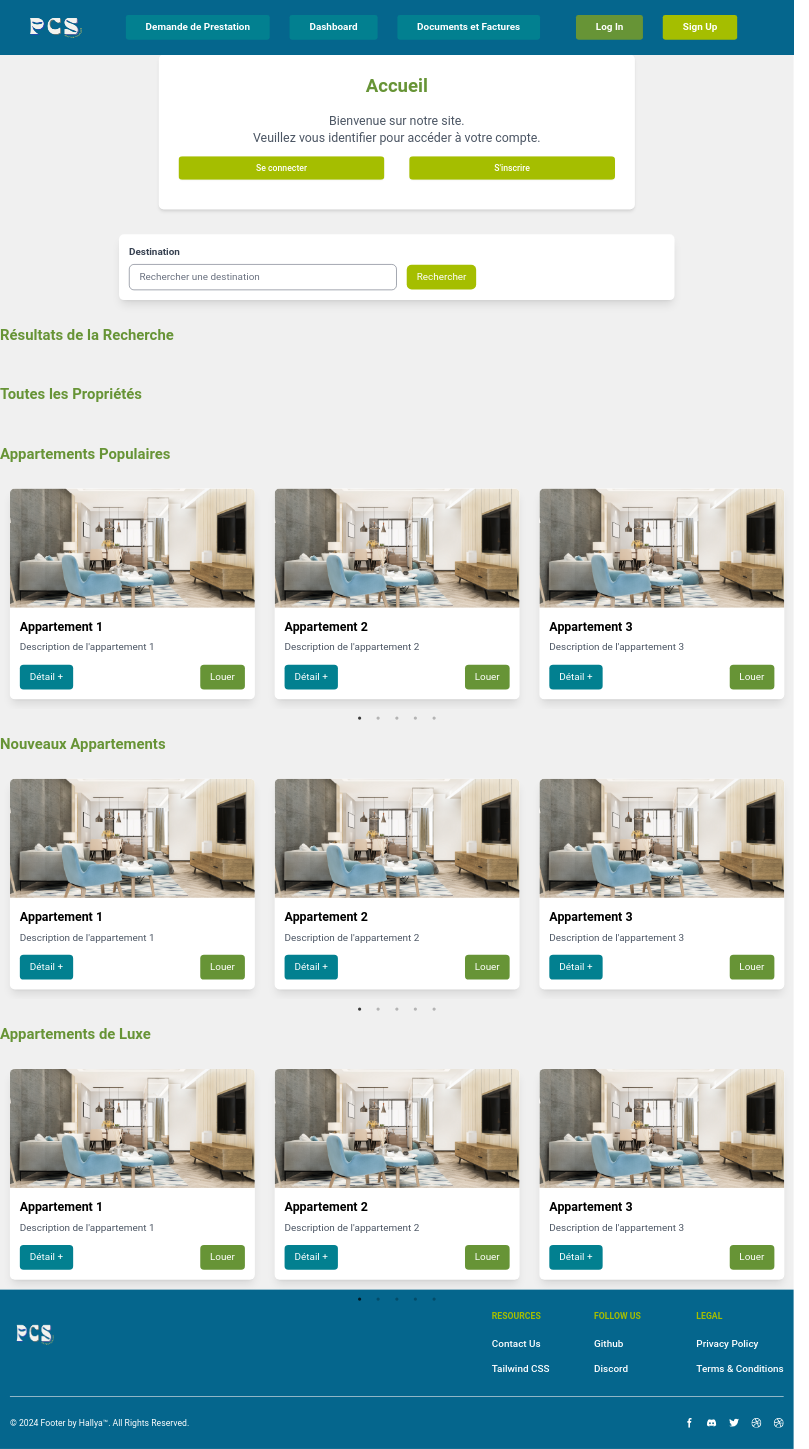
Repository: HATTOUNGBRE/ProjetAnnuel2
Page: /logout (app in FRONT/)
An editor plug-in stored every save of this project. The page is shown before and after the next save, followed by the edit.
The browser window is 1280 px wide. The page is 1305 px wide, so the pictures cover 1305 px, including what lies to the right of the window. The pictures show the whole page, at 62% of full size.
The page's requests for data from a server got no answer. The project was rebuilt for these pictures with package versions that can differ from the ones it lists, and the page was loaded fresh each time. No one was signed in, and anything a server would have sent is missing. Also part of the build but not shown: FRONT/vite.config.js, FRONT/src/components/Contact.jsx, FRONT/src/components/CatUser.jsx, FRONT/src/components/Login.jsx, FRONT/src/components/prestataire/PrestataireType.jsx, FRONT/src/components/prestataire/PrestataireDetails.jsx, FRONT/src/components/Account.jsx, FRONT/src/components/Inscription.jsx and 13 more.

Above is the page before, as saved 2024-06-29 13:46:00.

After the next save:
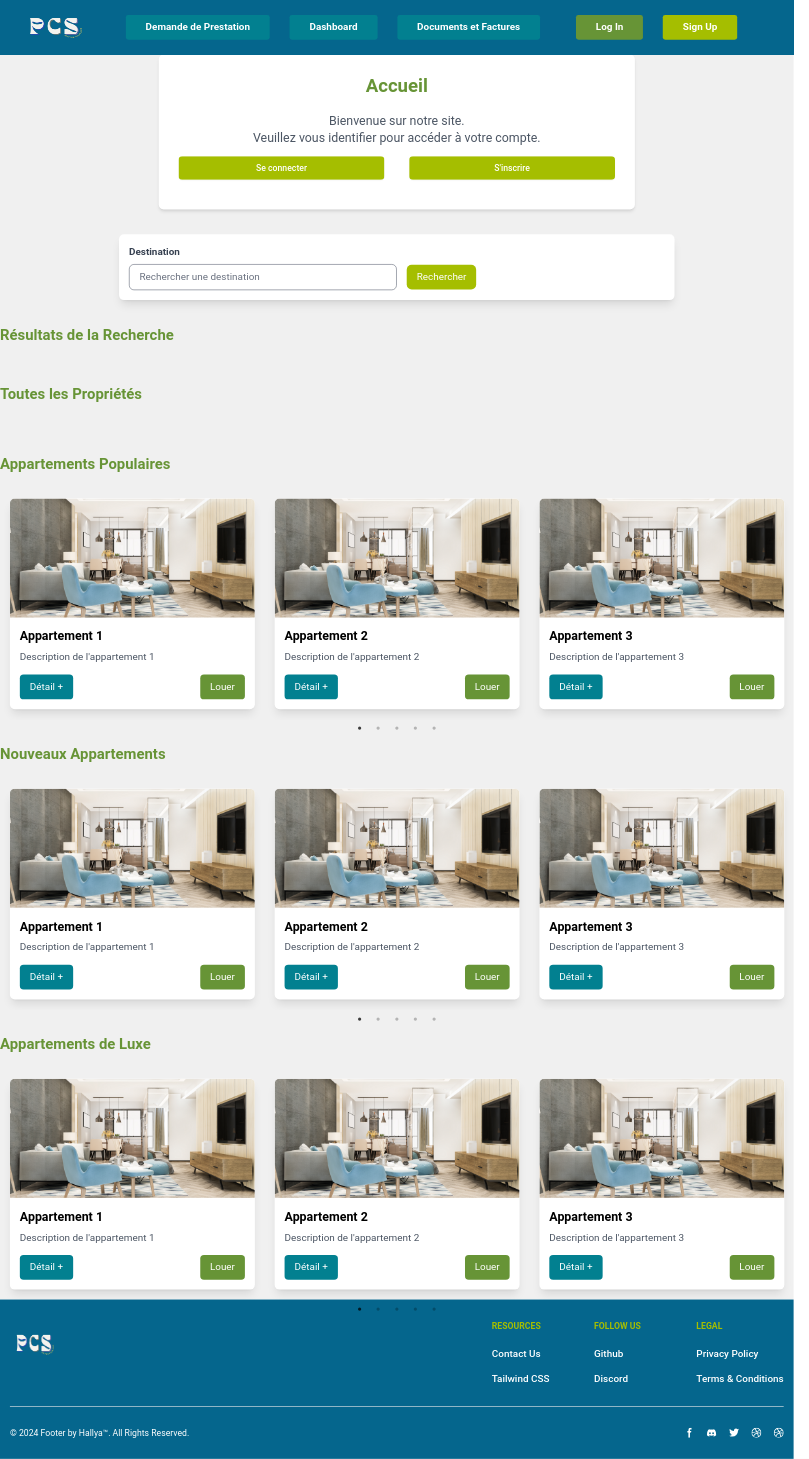
Saved 11 s later.
--- a/FRONT/src/components/PropertyRow.jsx
+++ b/FRONT/src/components/PropertyRow.jsx
@@ -3,8 +3,7 @@ import Slider from 'react-slick';
 
 const PropertyRow = ({ properties, sliderSettings }) => {
   return (
-    <div >
-
+    <div className="mt-10 w-full">
       <Slider {...sliderSettings}>
         {properties.map(property => (
           <div key={property.id} className="p-4">
@@ -13,8 +12,6 @@ const PropertyRow = ({ properties, sliderSettings }) => {
               <div className="p-4">
                 <h3 className="text-xl font-semibold mb-2">{property.name}</h3>
                 <p className="text-gray-600 mb-4">{property.description}</p>
-                <p className="text-gray-600 mb-4">{property.commune}</p>
-
                 <div className="flex justify-between">
                   <button className="bg-pcs-250 hover:bg-pcs-200 text-white py-2 px-4 rounded-md">Détail +</button>
                   <button className="bg-pcs-400 text-white py-2 px-4 rounded-md">Louer</button>
